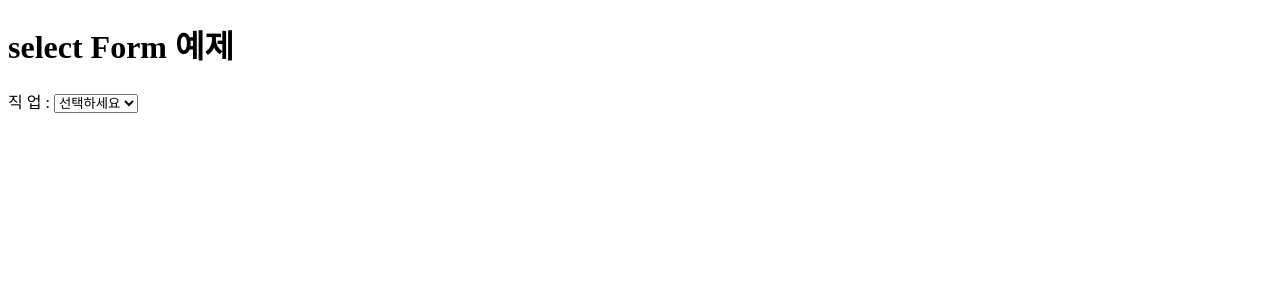
Repository: jsunnypi/JSP
Page: http://localhost/Test/selectForm.jsp
These files come from the project's save history. The page is drawn as it stood at one moment and after the next save; the edit follows.
The browser window is 1280 px wide. The pictures show the whole page.
The page is served by Tomcat 9.

Above is the page before, as saved 2024-11-14 03:07:53.

After the next save:
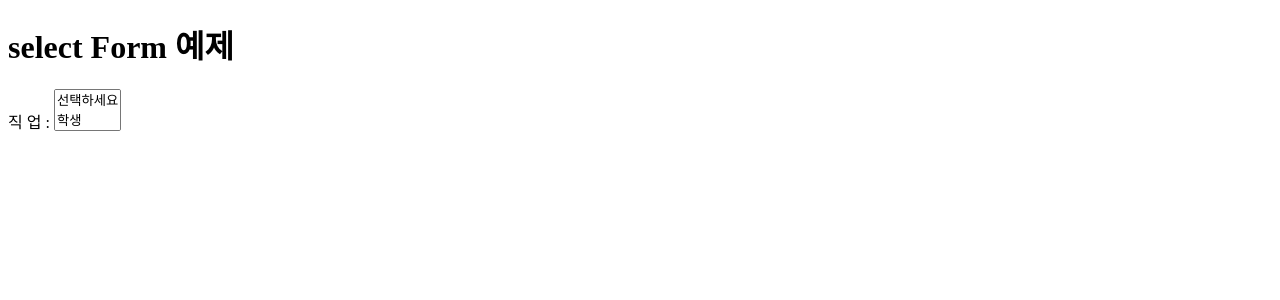
Saved 31 s later.
--- a/Test/src/main/webapp/selectForm.jsp
+++ b/Test/src/main/webapp/selectForm.jsp
@@ -10,7 +10,7 @@
 	<h1>select Form 예제</h1>
 	<form method="post" action="select.jsp">
 		직 업 :
-		<select id="job" name="job" size="1">
+		<select id="job" name="job" size="2">
 			<option value=""> 선택하세요 </option>
 			<option value="학생">학생</option>
 			<option value="주부">주부</option>

After the save that followed:
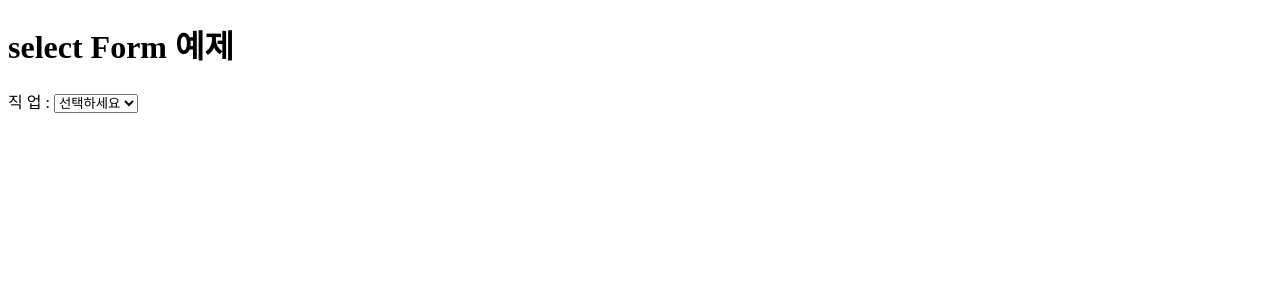
Saved 15 s later.
--- a/Test/src/main/webapp/selectForm.jsp
+++ b/Test/src/main/webapp/selectForm.jsp
@@ -10,7 +10,7 @@
 	<h1>select Form 예제</h1>
 	<form method="post" action="select.jsp">
 		직 업 :
-		<select id="job" name="job" size="2">
+		<select id="job" name="job" size="1">
 			<option value=""> 선택하세요 </option>
 			<option value="학생">학생</option>
 			<option value="주부">주부</option>
